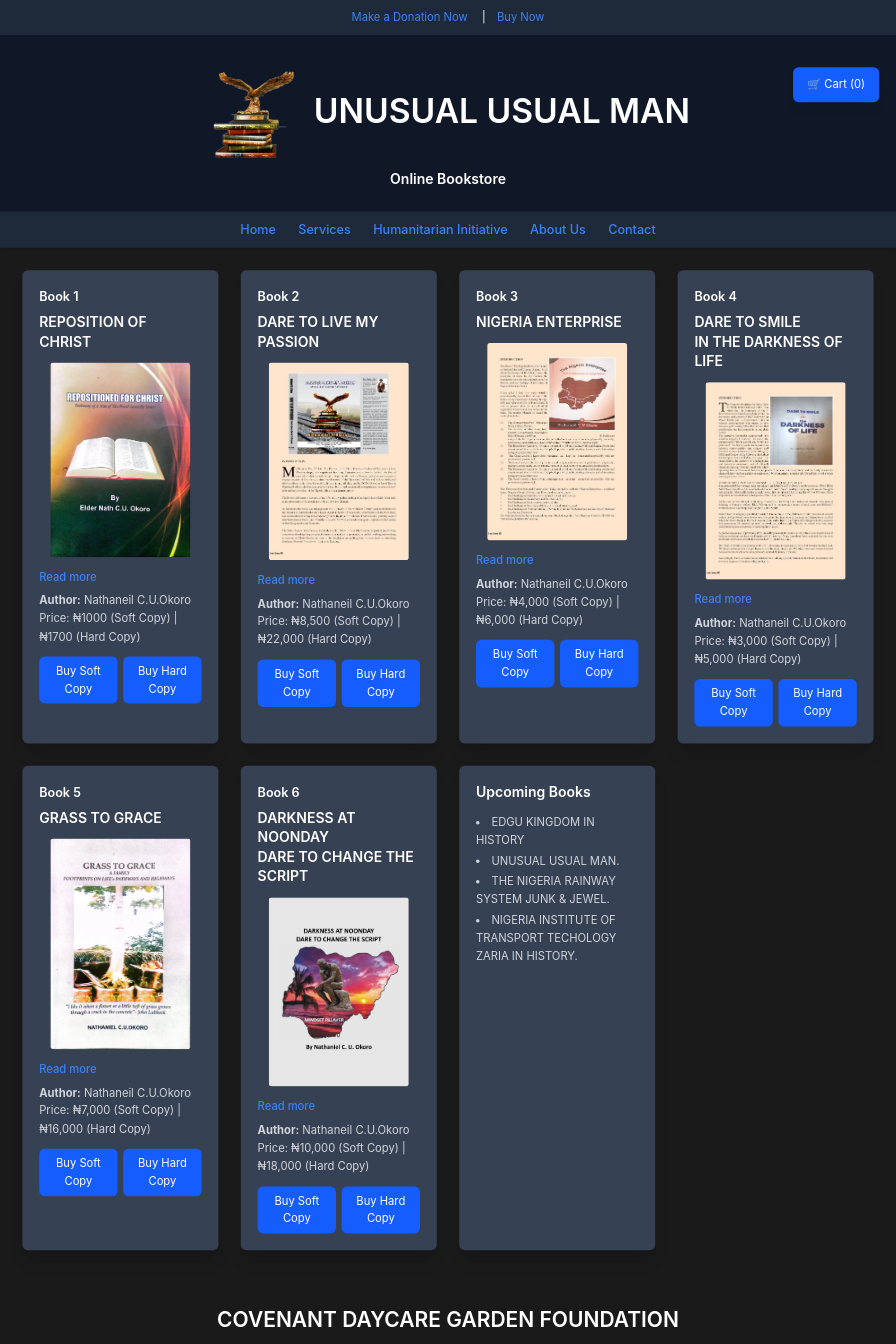
Repository: Rickyy1017/online-bookstore
Page: / (app in frontend/)
The author's editor kept a copy of each file at every save. The page is drawn from the files as they stood at one save, then again after a run of saves.
The browser window is 1280 px wide. The pictures show the part of the page from y = 0 to 1920 px (the page is 3315 px tall before and 3316 px after), at 70% of full size.
The project was rebuilt for these pictures with package versions that can differ from the ones it lists, and the page was loaded fresh each time. The framework's server and built-in components were replaced by stand-ins that run in the browser. Also part of the build but not shown: frontend/next.config.ts.

Above is the page before, as saved 2025-10-09 23:02:42.

### frontend/app/page.tsx
"use client";

import { useState } from 'react';
import Image from 'next/image';
import Link from 'next/link';

type CartItem = {
  title: string;
  price: number;
  type: string;
};

export default function Page() {
  const [cart, setCart] = useState<CartItem[]>([]);
  const [isModalOpen, setIsModalOpen] = useState(false);
  const [isBannerVisible, setIsBannerVisible] = useState(true);

  const addToCart = (title: string, price: number, type: string) => {
    setCart(prev => [...prev, { title, price, type }]);
  };

  const viewCart = () => {
    setIsModalOpen(true);
  };

  const closeCart = () => {
    setIsModalOpen(false);
  };

  const checkout = () => {
    alert('Checkout functionality not implemented yet.');
  };

  const totalPrice = cart.reduce((sum, item) => sum + item.price, 0);

  return (
    <>
      <div className={`bg-gray-800 text-white text-center py-3 ${isBannerVisible ? 'block' : 'hidden'}`}>
        <Link href="/donate" className="text-white hover:text-blue-300 mx-4 transition-colors">Make a Donation Now</Link> |
        <Link href="/buy" className="text-white hover:text-blue-300 mx-4 transition-colors">Buy Now</Link>
      </div>

      <header className="bg-gray-900 text-center py-8 shadow-lg">
        <div className="container mx-auto px-4">
          <h1 className="text-5xl font-bold text-white flex justify-center items-center mb-2">
            <Image src="/images/logo.png" alt="Logo" width={130} height={160} className="mr-6" />
            UNUSUAL USUAL MAN
          </h1>
          <h3 className="text-xl text-gray-300">Online Bookstore</h3>
        </div>
      </header>

      <nav className="bg-gray-800 shadow-md">
        <div className="container mx-auto flex justify-center py-3">
          <Link href="/" className="text-white mx-4 no-underline font-medium text-lg hover:text-blue-300 transition-colors">Home</Link>
          <Link href="/services" className="text-white mx-4 no-underline font-medium text-lg hover:text-blue-300 transition-colors">Services</Link>
          <Link href="/humanitarian-initiative" className="text-white mx-4 no-underline font-medium text-lg hover:text-blue-300 transition-colors">Humanitarian Initiative</Link>
          <Link href="/about" className="text-white mx-4 no-underline font-medium text-lg hover:text-blue-300 transition-colors">About Us</Link>
          <Link href="/contact" className="text-white mx-4 no-underline font-medium text-lg hover:text-blue-300 transition-colors">Contact</Link>
        </div>
      </nav>

      <button onClick={viewCart} className="fixed top-24 right-6 bg-blue-600 text-white px-5 py-3 rounded-lg shadow-lg hover:bg-blue-700 hover:shadow-xl transform hover:scale-105 transition-all z-10">
        🛒 Cart ({cart.length})
      </button>

      <section className="container mx-auto grid grid-cols-1 md:grid-cols-2 lg:grid-cols-3 xl:grid-cols-4 gap-8 p-8">
        <div className="bg-gray-700 shadow-xl rounded-lg p-6 hover:shadow-2xl transition-shadow transform hover:scale-105">
          <h2 className="text-lg font-semibold text-gray-300 mb-2">Book 1</h2>
          <h3 className="text-xl font-bold text-white mb-4">REPOSITION OF CHRIST</h3>
          <Image src="/images/rep.jpg" alt="REPOSITION OF CHRIST" width={200} height={300} className="mx-auto mb-4 rounded" />
          <Link href="/reposition" className="text-blue-400 hover:text-blue-300 font-medium">Read more</Link>
          <p className="text-gray-300 mt-2"><b>Author:</b> Nathaneil C.U.Okoro</p>
          <p className="text-gray-300 mb-4">Price: ₦1000 (Soft Copy) | ₦1700 (Hard Copy)</p>
          <div className="flex gap-2">
            <button onClick={() => addToCart('REPOSITION OF CHRIST', 1000, 'Soft Copy')} className="bg-blue-600 text-white px-4 py-2 rounded-lg hover:bg-blue-700 flex-1">Buy Soft Copy</button>
            <button onClick={() => addToCart('REPOSITION OF CHRIST', 1700, 'Hard Copy')} className="bg-blue-600 text-white px-4 py-2 rounded-lg hover:bg-blue-700 flex-1">Buy Hard Copy</button>
          </div>
        </div>

        <div className="bg-gray-700 shadow-xl rounded-lg p-6 hover:shadow-2xl transition-shadow transform hover:scale-105">
          <h2 className="text-lg font-semibold text-gray-300 mb-2">Book 2</h2>
          <h3 className="text-xl font-bold text-white mb-4">DARE TO LIVE MY PASSION</h3>
          <Image src="/images/mypass.jpg" alt="DARE TO LIVE MY PASSION" width={200} height={300} className="mx-auto mb-4 rounded" />
          <Link href="/dare-to-live-my-passion" className="text-blue-400 hover:text-blue-300 font-medium">Read more</Link>
          <p className="text-gray-300 mt-2"><b>Author:</b> Nathaneil C.U.Okoro</p>
          <p className="text-gray-300 mb-4">Price: ₦8,500 (Soft Copy) | ₦22,000 (Hard Copy)</p>
          <div className="flex gap-2">
            <button onClick={() => addToCart('DARE TO LIVE MY PASSION', 8500, 'Soft Copy')} className="bg-blue-600 text-white px-4 py-2 rounded-lg hover:bg-blue-700 flex-1">Buy Soft Copy</button>
            <button onClick={() => addToCart('DARE TO LIVE MY PASSION', 22000, 'Hard Copy')} className="bg-blue-600 text-white px-4 py-2 rounded-lg hover:bg-blue-700 flex-1">Buy Hard Copy</button>
          </div>
        </div>

        <div className="bg-gray-700 shadow-xl rounded-lg p-6 hover:shadow-2xl transition-shadow transform hover:scale-105">
          <h2 className="text-lg font-semibold text-gray-300 mb-2">Book 3</h2>
          <h3 className="text-xl font-bold text-white mb-4">NIGERIA ENTERPRISE</h3>
          <Image src="/images/nige.jpg" alt="NIGERIA ENTERPRISE" width={200} height={300} className="mx-auto mb-4 rounded" />
          <Link href="/nigeria-enterprise" className="text-blue-400 hover:text-blue-300 font-medium">Read more</Link>
          <p className="text-gray-300 mt-2"><b>Author:</b> Nathaneil C.U.Okoro</p>
          <p className="text-gray-300 mb-4">Price: ₦4,000 (Soft Copy) | ₦6,000 (Hard Copy)</p>
          <div className="flex gap-2">
            <button onClick={() => addToCart('NIGERIA ENTERPRISE', 4000, 'Soft Copy')} className="bg-blue-600 text-white px-4 py-2 rounded-lg hover:bg-blue-700 flex-1">Buy Soft Copy</button>
            <button onClick={() => addToCart('NIGERIA ENTERPRISE', 6000, 'Hard Copy')} className="bg-blue-600 text-white px-4 py-2 rounded-lg hover:bg-blue-700 flex-1">Buy Hard Copy</button>
          </div>
        </div>

        <div className="bg-gray-700 shadow-xl rounded-lg p-6 hover:shadow-2xl transition-shadow transform hover:scale-105">
          <h2 className="text-lg font-semibold text-gray-300 mb-2">Book 4</h2>
          <h3 className="text-xl font-bold text-white mb-4">DARE TO SMILE <br /> IN THE DARKNESS OF LIFE</h3>
          <Image src="/images/dare.jpg" alt="DARE TO SMILE IN THE DARKNESS OF LIFE" width={200} height={300} className="mx-auto mb-4 rounded" />
          <Link href="/dare-to-smile" className="text-blue-400 hover:text-blue-300 font-medium">Read more</Link>
          <p className="text-gray-300 mt-2"><b>Author:</b> Nathaneil C.U.Okoro</p>
          <p className="text-gray-300 mb-4">Price: ₦3,000 (Soft Copy) | ₦5,000 (Hard Copy)</p>
          <div className="flex gap-2">
            <button onClick={() => addToCart('DARE TO SMILE IN THE DARKNESS OF LIFE', 3000, 'Soft Copy')} className="bg-blue-600 text-white px-4 py-2 rounded-lg hover:bg-blue-700 flex-1">Buy Soft Copy</button>
            <button onClick={() => addToCart('DARE TO SMILE IN THE DARKNESS OF LIFE', 5000, 'Hard Copy')} className="bg-blue-600 text-white px-4 py-2 rounded-lg hover:bg-blue-700 flex-1">Buy Hard Copy</button>
          </div>
        </div>

        <div className="bg-gray-700 shadow-xl rounded-lg p-6 hover:shadow-2xl transition-shadow transform hover:scale-105">
          <h2 className="text-lg font-semibold text-gray-300 mb-2">Book 5</h2>
          <h3 className="text-xl font-bold text-white mb-4">GRASS TO GRACE</h3>
          <Image src="/images/grasee (1).jpg" alt="GRASS TO GRACE" width={200} height={300} className="mx-auto mb-4 rounded" />
          <Link href="/grass-to-grace" className="text-blue-400 hover:text-blue-300 font-medium">Read more</Link>
          <p className="text-gray-300 mt-2"><b>Author:</b> Nathaneil C.U.Okoro</p>
          <p className="text-gray-300 mb-4">Price: ₦7,000 (Soft Copy) | ₦16,000 (Hard Copy)</p>
          <div className="flex gap-2">
            <button onClick={() => addToCart('GRASS TO GRACE', 7000, 'Soft Copy')} className="bg-blue-600 text-white px-4 py-2 rounded-lg hover:bg-blue-700 flex-1">Buy Soft Copy</button>
            <button onClick={() => addToCart('GRASS TO GRACE', 16000, 'Hard Copy')} className="bg-blue-600 text-white px-4 py-2 rounded-lg hover:bg-blue-700 flex-1">Buy Hard Copy</button>
          </div>
        </div>

        <div className="bg-gray-700 shadow-xl rounded-lg p-6 hover:shadow-2xl transition-shadow transform hover:scale-105">
          <h2 className="text-lg font-semibold text-gray-300 mb-2">Book 6</h2>
          <h3 className="text-xl font-bold text-white mb-4">DARKNESS AT NOONDAY <br /> DARE TO CHANGE THE SCRIPT</h3>
          <Image src="/images/dark.png" alt="DARKNESS AT NOONDAY DARE TO CHANGE THE SCRIPT" width={200} height={300} className="mx-auto mb-4 rounded" />
          <Link href="/darkness-at-noonday" className="text-blue-400 hover:text-blue-300 font-medium">Read more</Link>
          <p className="text-gray-300 mt-2"><b>Author:</b> Nathaneil C.U.Okoro</p>
          <p className="text-gray-300 mb-4">Price: ₦10,000 (Soft Copy) | ₦18,000 (Hard Copy)</p>
          <div className="flex gap-2">
            <button onClick={() => addToCart('DARKNESS AT NOONDAY DARE TO CHANGE THE SCRIPT', 10000, 'Soft Copy')} className="bg-blue-600 text-white px-4 py-2 rounded-lg hover:bg-blue-700 flex-1">Buy Soft Copy</button>
            <button onClick={() => addToCart('DARKNESS AT NOONDAY DARE TO CHANGE THE SCRIPT', 18000, 'Hard Copy')} className="bg-blue-600 text-white px-4 py-2 rounded-lg hover:bg-blue-700 flex-1">Buy Hard Copy</button>
          </div>
        </div>

        <div className="bg-gray-700 shadow-xl rounded-lg p-6 hover:shadow-2xl transition-shadow transform hover:scale-105">
          <h2 className="text-xl font-bold text-white mb-4">Upcoming Books</h2>
          <ul className="list-disc list-inside text-gray-300 space-y-1">
            <li>EDGU KINGDOM IN HISTORY</li>
            <li>UNUSUAL USUAL MAN.</li>
            <li>THE NIGERIA RAINWAY SYSTEM JUNK & JEWEL.</li>
            <li>NIGERIA INSTITUTE OF TRANSPORT TECHOLOGY ZARIA IN HISTORY.</li>
          </ul>
        </div>
      </section>

      <div className="container mx-auto text-center py-12">
        <h2 className="text-3xl font-bold text-white mb-8">COVENANT DAYCARE GARDEN FOUNDATION</h2>
        <div className="flex justify-center gap-8 mb-8">
          <Image src="/images/daycare1.png" alt="Daycare 1" width={300} height={200} className="rounded-lg shadow-lg" />
          <Image src="/images/daycare2.jpg" alt="Daycare 2" width={300} height={200} className="rounded-lg shadow-lg" />
        </div>
        <p className="text-gray-300 max-w-2xl mx-auto">A proud initiative dedicated to supporting elders and widows in need through community care and support programs.</p>
      </div>

      {isModalOpen && (
        <div className="fixed inset-0 bg-black bg-opacity-75 flex justify-center items-center z-50">
          <div className="bg-gray-800 p-8 rounded-xl shadow-2xl max-w-lg w-full mx-4">
            <div className="flex justify-between items-center mb-6">
              <h2 className="text-2xl font-bold text-white">Your Cart</h2>
              <span onClick={closeCart} className="cursor-pointer text-3xl text-gray-400 hover:text-white">&times;</span>
            </div>
            <ul className="mb-6 space-y-2">
              {cart.map((item, index) => (
                <li key={index} className="text-gray-300 bg-gray-700 p-3 rounded">{item.title} - {item.type} - ₦{item.price}</li>
              ))}
            </ul>
            <div className="flex justify-between items-center mb-6">
              <p className="text-xl font-semibold text-white">Total: ₦{totalPrice}</p>
            </div>
            <button onClick={checkout} className="w-full bg-blue-600 text-white px-6 py-3 rounded-lg hover:bg-blue-700 font-medium">Proceed to Checkout</button>
          </div>
        </div>
      )}

      <footer className="bg-gray-900 text-white py-12 mt-16">
        <div className="container mx-auto px-4">
          <div className="text-center mb-8">
            <p className="text-lg font-semibold">© 2025 Covenant Books & Consulting. All Rights Reserved.</p>
            <p className="text-gray-400 mt-2">Empowering lives through literature, community support, and global business expertise.</p>
          </div>
          <nav className="flex justify-center mb-8 space-x-6">
            <Link href="/about" className="text-gray-300 hover:text-blue-400 transition-colors">About Us</Link>
            <Link href="/services" className="text-gray-300 hover:text-blue-400 transition-colors">Services</Link>
            <Link href="/contact" className="text-gray-300 hover:text-blue-400 transition-colors">Contact Us</Link>
          </nav>
          <div className="flex justify-center mb-8 space-x-4">
            <a href="#" className="text-gray-400 hover:text-blue-400 transition-colors">Facebook</a>
            <a href="#" className="text-gray-400 hover:text-blue-400 transition-colors">Twitter</a>
            <a href="#" className="text-gray-400 hover:text-blue-400 transition-colors">LinkedIn</a>
          </div>
          <p className="text-center text-gray-400">Covenant Daycare Garden Foundation is a proud initiative dedicated to supporting elders and widows in need.</p>
        </div>
      </footer>
    </>
  );
}

### frontend/app/globals.css
@import "tailwindcss";
@import url('https://fonts.googleapis.com/css2?family=Inter:wght@300;400;500;600;700&display=swap');

:root {
  --background: #1a1a1a;
  --foreground: #ffffff;
  --accent: #3b82f6;
  --accent-hover: #2563eb;
}

@theme inline {
  --color-background: var(--background);
  --color-foreground: var(--foreground);
  --font-sans: 'Inter', sans-serif;
  --font-mono: var(--font-geist-mono);
}

body {
  background: var(--background);
  color: var(--foreground);
  font-family: 'Inter', sans-serif;
  line-height: 1.6;
}

h1, h2, h3, h4, h5, h6 {
  font-weight: 600;
  color: var(--foreground);
}

a {
  color: var(--accent);
  transition: color 0.2s ease;
}

a:hover {
  color: var(--accent-hover);
}

button {
  transition: all 0.2s ease;
}

Loaded but not shown: frontend/app/layout.tsx (common file)

After the next 7 saves:
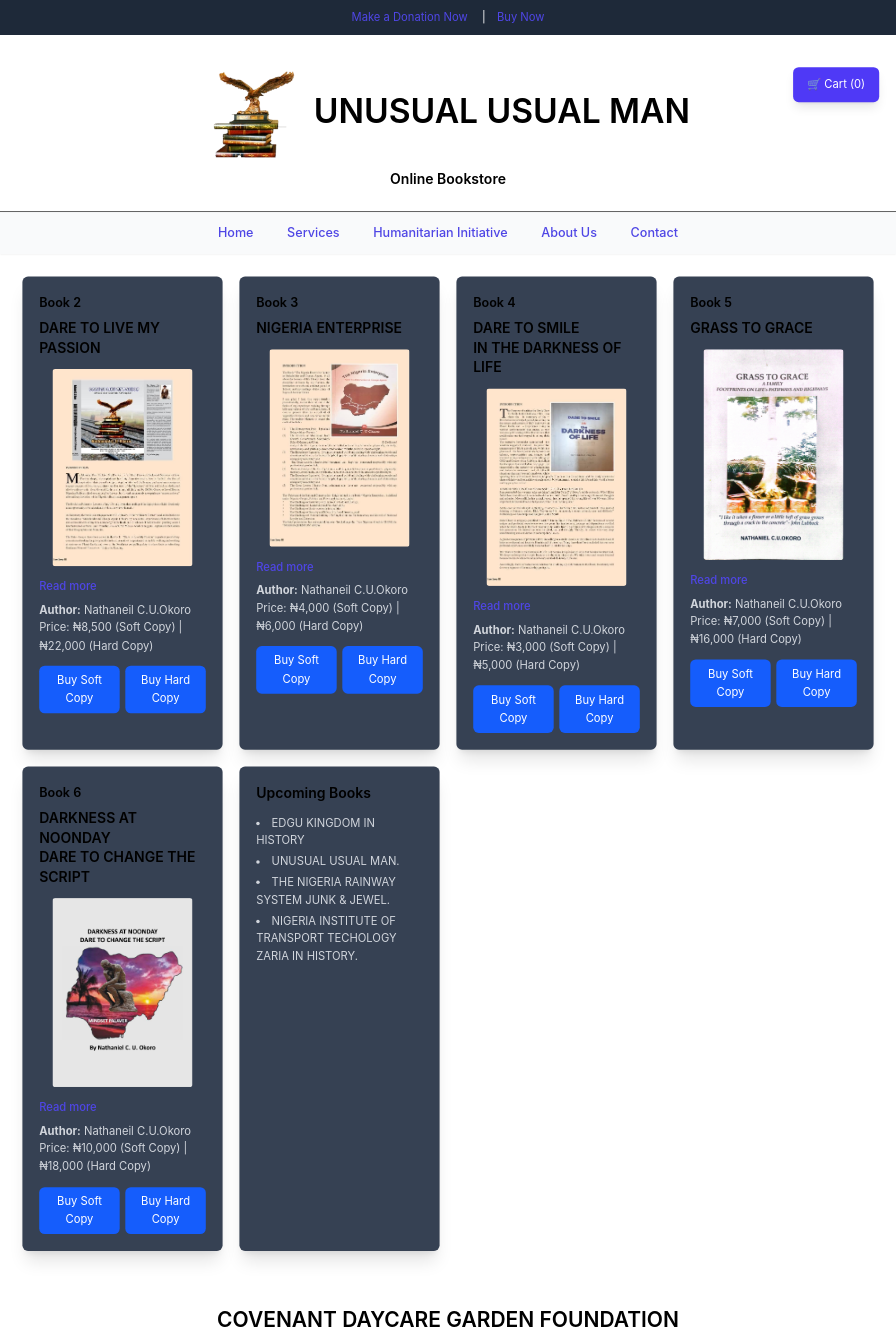
The 7 saves are shown as one change because 4 did not build or start and some came seconds apart.
The last was saved 9 min 28 s later.
--- a/frontend/app/page.tsx
+++ b/frontend/app/page.tsx
@@ -40,43 +40,31 @@ export default function Page() {
         <Link href="/buy" className="text-white hover:text-blue-300 mx-4 transition-colors">Buy Now</Link>
       </div>
 
-      <header className="bg-gray-900 text-center py-8 shadow-lg">
+      <header className="bg-white text-center py-8 shadow-md border-b">
         <div className="container mx-auto px-4">
-          <h1 className="text-5xl font-bold text-white flex justify-center items-center mb-2">
+          <h1 className="text-5xl font-bold text-gray-900 flex justify-center items-center mb-2">
             <Image src="/images/logo.png" alt="Logo" width={130} height={160} className="mr-6" />
             UNUSUAL USUAL MAN
           </h1>
-          <h3 className="text-xl text-gray-300">Online Bookstore</h3>
+          <h3 className="text-xl text-gray-600">Online Bookstore</h3>
         </div>
       </header>
 
-      <nav className="bg-gray-800 shadow-md">
-        <div className="container mx-auto flex justify-center py-3">
-          <Link href="/" className="text-white mx-4 no-underline font-medium text-lg hover:text-blue-300 transition-colors">Home</Link>
-          <Link href="/services" className="text-white mx-4 no-underline font-medium text-lg hover:text-blue-300 transition-colors">Services</Link>
-          <Link href="/humanitarian-initiative" className="text-white mx-4 no-underline font-medium text-lg hover:text-blue-300 transition-colors">Humanitarian Initiative</Link>
-          <Link href="/about" className="text-white mx-4 no-underline font-medium text-lg hover:text-blue-300 transition-colors">About Us</Link>
-          <Link href="/contact" className="text-white mx-4 no-underline font-medium text-lg hover:text-blue-300 transition-colors">Contact</Link>
+      <nav className="bg-gray-50 shadow-sm">
+        <div className="container mx-auto flex justify-center py-4">
+          <Link href="/" className="text-gray-700 mx-6 no-underline font-medium text-lg hover:text-indigo-600 transition-colors">Home</Link>
+          <Link href="/services" className="text-gray-700 mx-6 no-underline font-medium text-lg hover:text-indigo-600 transition-colors">Services</Link>
+          <Link href="/humanitarian-initiative" className="text-gray-700 mx-6 no-underline font-medium text-lg hover:text-indigo-600 transition-colors">Humanitarian Initiative</Link>
+          <Link href="/about" className="text-gray-700 mx-6 no-underline font-medium text-lg hover:text-indigo-600 transition-colors">About Us</Link>
+          <Link href="/contact" className="text-gray-700 mx-6 no-underline font-medium text-lg hover:text-indigo-600 transition-colors">Contact</Link>
         </div>
       </nav>
 
-      <button onClick={viewCart} className="fixed top-24 right-6 bg-blue-600 text-white px-5 py-3 rounded-lg shadow-lg hover:bg-blue-700 hover:shadow-xl transform hover:scale-105 transition-all z-10">
+      <button onClick={viewCart} className="fixed top-24 right-6 bg-indigo-600 text-white px-5 py-3 rounded-lg shadow-lg hover:bg-indigo-700 transition-all z-10">
         🛒 Cart ({cart.length})
       </button>
 
-      <section className="container mx-auto grid grid-cols-1 md:grid-cols-2 lg:grid-cols-3 xl:grid-cols-4 gap-8 p-8">
-        <div className="bg-gray-700 shadow-xl rounded-lg p-6 hover:shadow-2xl transition-shadow transform hover:scale-105">
-          <h2 className="text-lg font-semibold text-gray-300 mb-2">Book 1</h2>
-          <h3 className="text-xl font-bold text-white mb-4">REPOSITION OF CHRIST</h3>
-          <Image src="/images/rep.jpg" alt="REPOSITION OF CHRIST" width={200} height={300} className="mx-auto mb-4 rounded" />
-          <Link href="/reposition" className="text-blue-400 hover:text-blue-300 font-medium">Read more</Link>
-          <p className="text-gray-300 mt-2"><b>Author:</b> Nathaneil C.U.Okoro</p>
-          <p className="text-gray-300 mb-4">Price: ₦1000 (Soft Copy) | ₦1700 (Hard Copy)</p>
-          <div className="flex gap-2">
-            <button onClick={() => addToCart('REPOSITION OF CHRIST', 1000, 'Soft Copy')} className="bg-blue-600 text-white px-4 py-2 rounded-lg hover:bg-blue-700 flex-1">Buy Soft Copy</button>
-            <button onClick={() => addToCart('REPOSITION OF CHRIST', 1700, 'Hard Copy')} className="bg-blue-600 text-white px-4 py-2 rounded-lg hover:bg-blue-700 flex-1">Buy Hard Copy</button>
-          </div>
-        </div>
+      <section className="container mx-auto grid grid-cols-1 md:grid-cols-2 lg:grid-cols-3 xl:grid-cols-4 gap-6 p-8">
 
         <div className="bg-gray-700 shadow-xl rounded-lg p-6 hover:shadow-2xl transition-shadow transform hover:scale-105">
           <h2 className="text-lg font-semibold text-gray-300 mb-2">Book 2</h2>
--- a/frontend/app/globals.css
+++ b/frontend/app/globals.css
@@ -2,10 +2,10 @@
 @import url('https://fonts.googleapis.com/css2?family=Inter:wght@300;400;500;600;700&display=swap');
 
 :root {
-  --background: #1a1a1a;
-  --foreground: #ffffff;
-  --accent: #3b82f6;
-  --accent-hover: #2563eb;
+  --background: #ffffff;
+  --foreground: #000000;
+  --accent: #4f46e5;
+  --accent-hover: #3730a3;
 }
 
 @theme inline {
